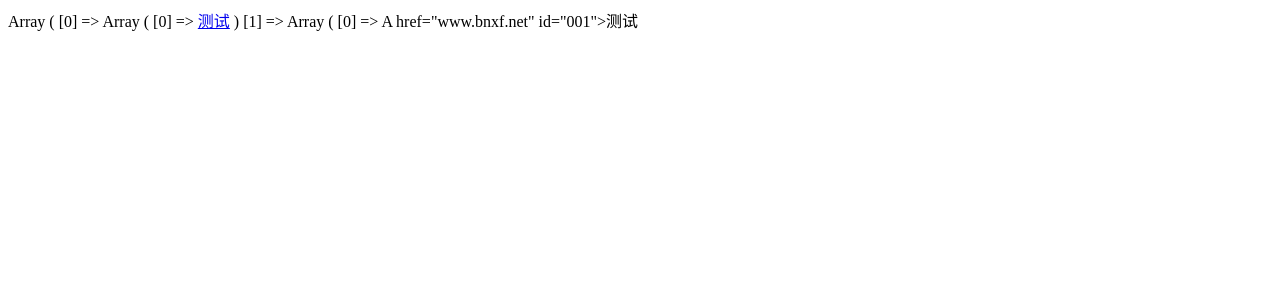
Repository: zhoushouzhan/qiye
Page: http://localhost/admin/c.php
These files come from the project's save history. The page is drawn as it stood at one moment and after the next save; the edit follows.
The browser window is 1280 px wide. The pictures show the whole page.
The page is run by PHP 8.4 with error messages shown; the project is at /var/www/html/.

Above is the page before, as saved 2022-09-06 10:40:36.

### public/c.php
<?php
/*
 * @Author: 一品网络技术有限公司
 * @Date: 2022-06-29 19:56:16
 * @LastEditTime: 2022-09-06 10:40:06
 * @FilePath: \web\public\c.php
 * @Description:
 * 联系QQ:58055648
 * Copyright (c) 2022 by 东海县一品网络技术有限公司, All Rights Reserved.
 */




$str = '<A href="www.bnxf.net" id="001">测试</a>';

preg_match_all('/<(.*?)>$/i', $str, $res);

print_r($res);

After the next save:
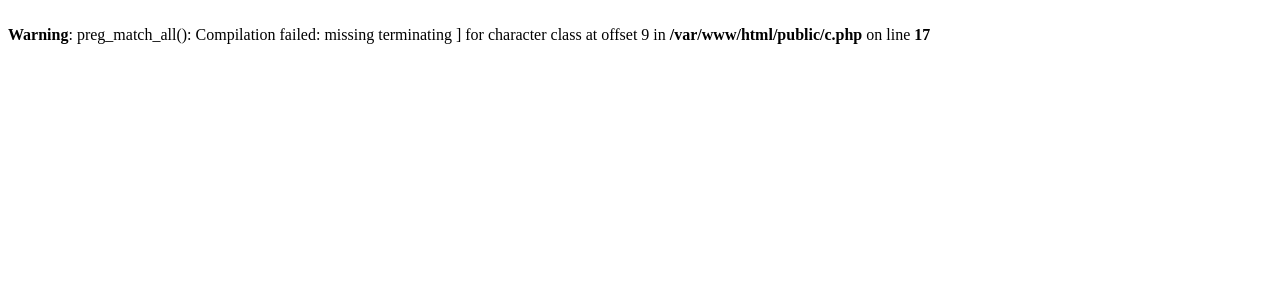
Saved 16 s later.
--- a/public/c.php
+++ b/public/c.php
@@ -14,6 +14,6 @@
 
 $str = '<A href="www.bnxf.net" id="001">测试</a>';
 
-preg_match_all('/<(.*?)>$/i', $str, $res);
+preg_match_all('/[<(.*?)>$/i', $str, $res);
 
 print_r($res);

After the save that followed:
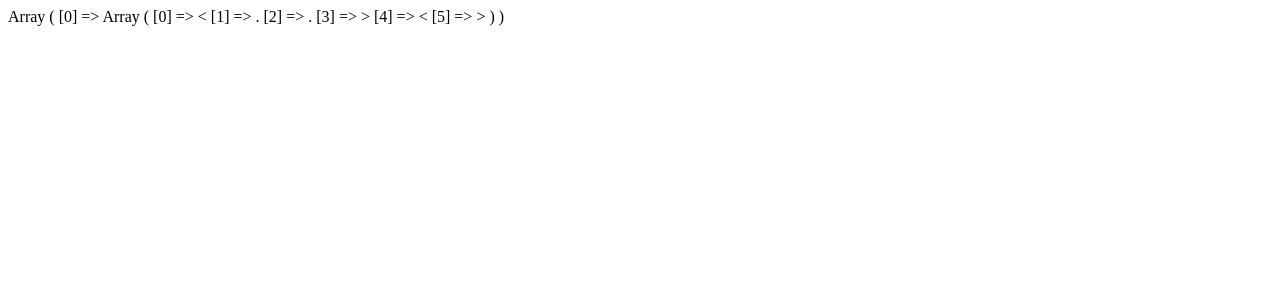
Saved 4 s later.
--- a/public/c.php
+++ b/public/c.php
@@ -14,6 +14,6 @@
 
 $str = '<A href="www.bnxf.net" id="001">测试</a>';
 
-preg_match_all('/[<(.*?)>$/i', $str, $res);
+preg_match_all('/[<(.*?)>$]/i', $str, $res);
 
 print_r($res);
